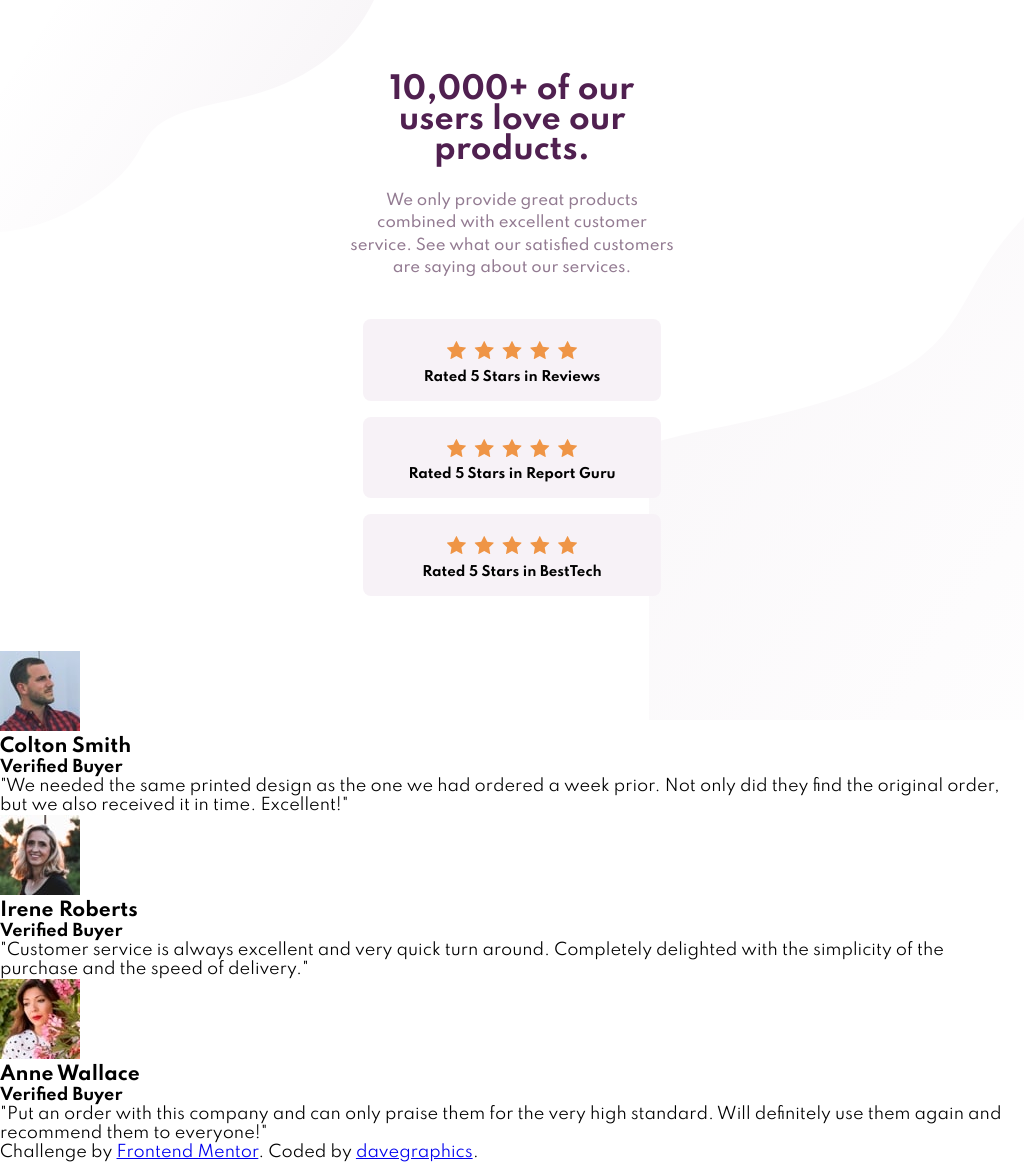
Repository: DejV44/social-proof-section-master
Page: index.html
The author's editor kept a copy of each file at every save. The page is drawn from the files as they stood at one save, then again after the next save.
The browser window is 1024 px wide. The pictures show the whole page.
The style sheet was rebuilt from its Sass, Less or Tailwind sources for each picture, by a compiler version that may differ from the author's.

Above is the page before, as saved 2021-06-26 21:06:56.

After the next save:
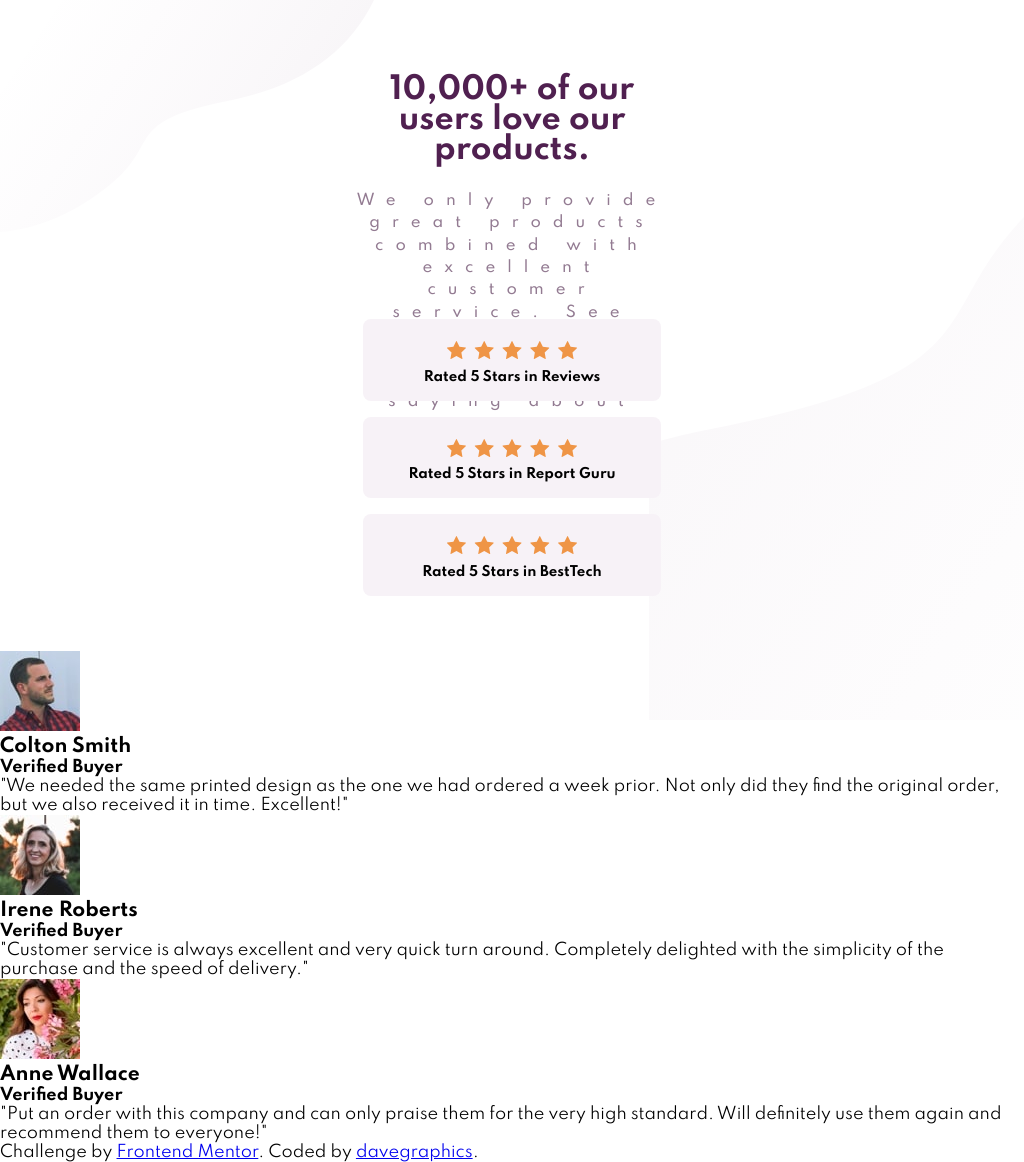
Saved 55 s later.
--- a/css/main.scss
+++ b/css/main.scss
@@ -258,6 +258,7 @@ body {
             margin: 0px auto;
             color: var(--neutral-color);
             line-height: 1.5em;
+            letter-spacing: 12px;
             width: 325px;
             height: 100px;
             font-size: 14.9px;
